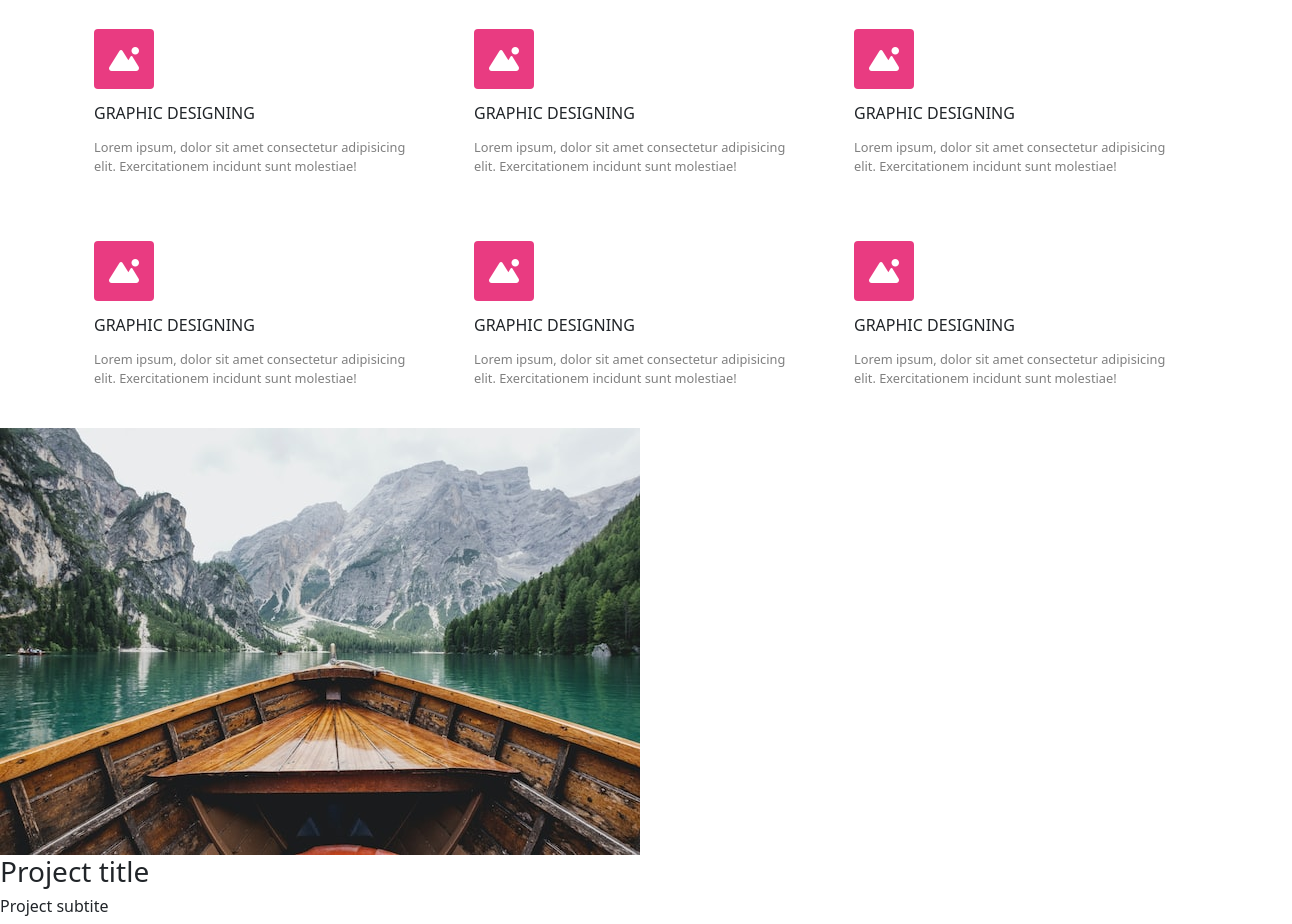
Repository: lhggiang/CaseStudy
Page: index.html
The author's editor kept a copy of each file at every save. The page is drawn from the files as they stood at one save, then again after the next save.
The browser window is 1280 px wide. The page is 1292 px wide, then 1280 px, so the pictures cover 1292 px, including what lies to the right of the window. The pictures show the part of the page from y = 969 to 1893 px (the page is 1893 px tall).
Backgrounds fixed to the window are drawn as part of the page. Some web libraries are served in a nearby version. The style sheet was rebuilt from its Sass, Less or Tailwind sources for each picture, by a compiler version that may differ from the author's.

Above is the page before, as saved 2023-02-22 15:20:37.

After the next save:
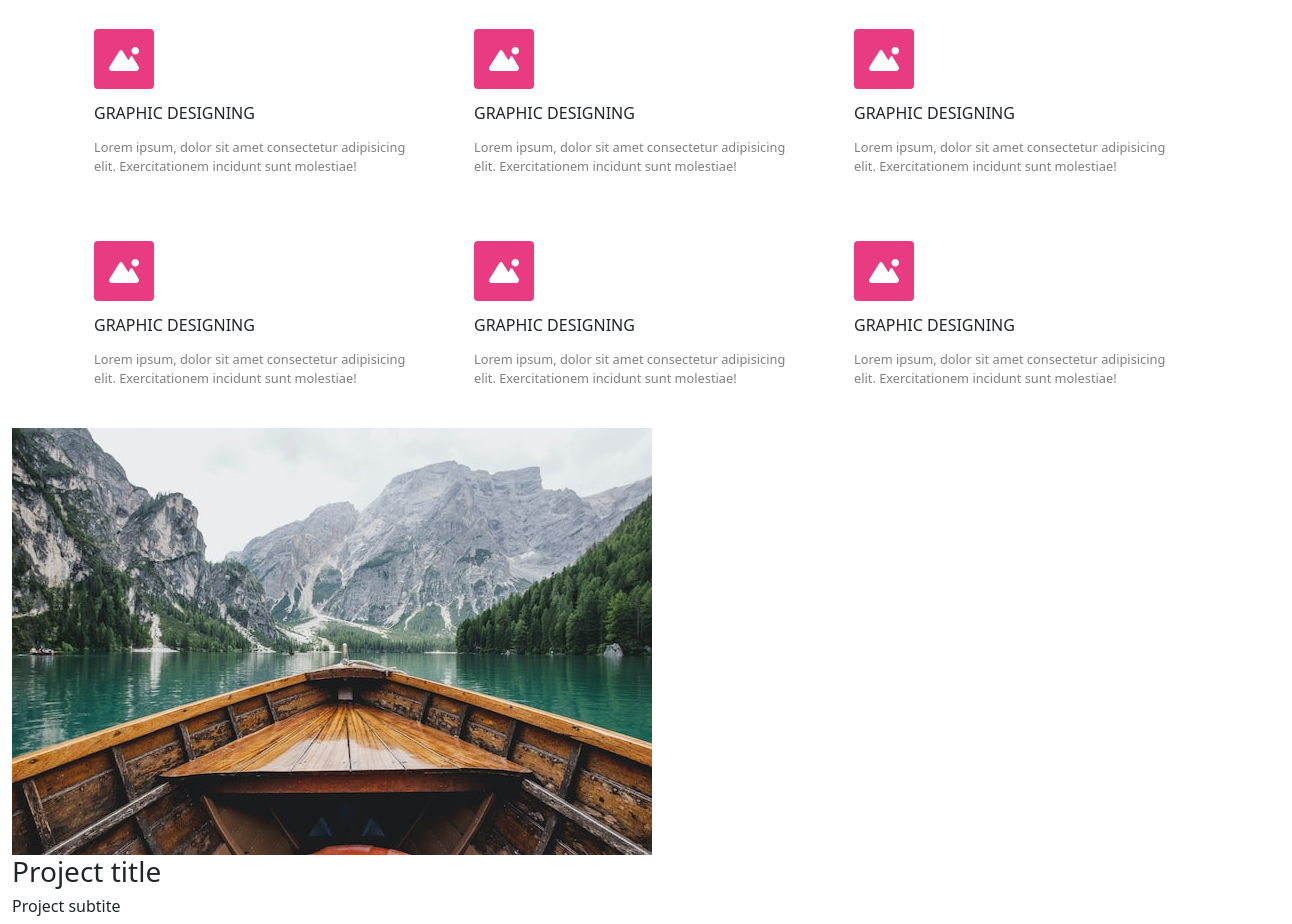
Saved 17 s later.
--- a/index.html
+++ b/index.html
@@ -132,7 +132,7 @@
         </div>
     </div>
     <!-- Portfolio -->
-    <div class="portfolio row">
+    <div class="portfolio row container">
         <div class="col-lg-4 col-sm-6">
             <div class="portfolio-item">
                 <img src="img/p1.jpg" alt="">
